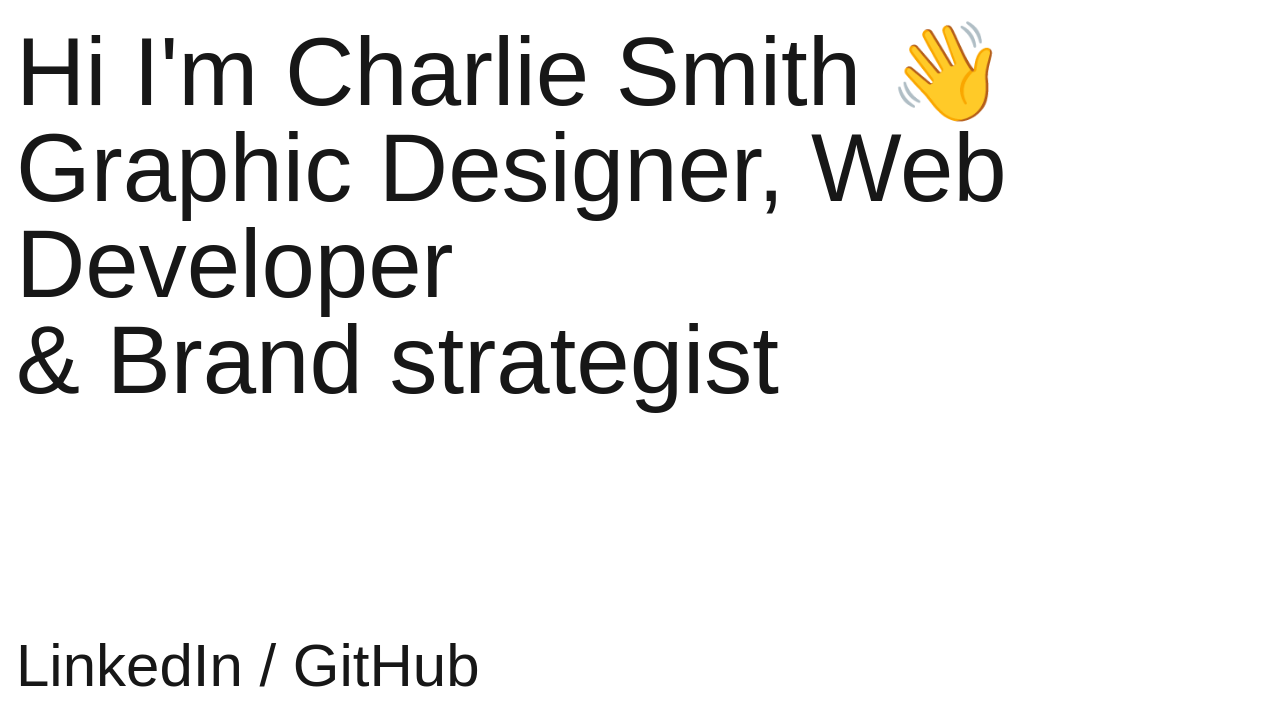
Repository: charlehs/portfolio
Page: /
An editor plug-in stored every save of this project. The page is shown before and after the next save, followed by the edit.
The browser window is 1280 px wide. The pictures show the whole page.
The project was rebuilt for these pictures with package versions that can differ from the ones it lists, and the page was loaded fresh each time. The framework's server and built-in components were replaced by stand-ins that run in the browser. Also part of the build but not shown: next.config.ts.

Above is the page before, as saved 2025-01-02 16:54:56.

After the next save:
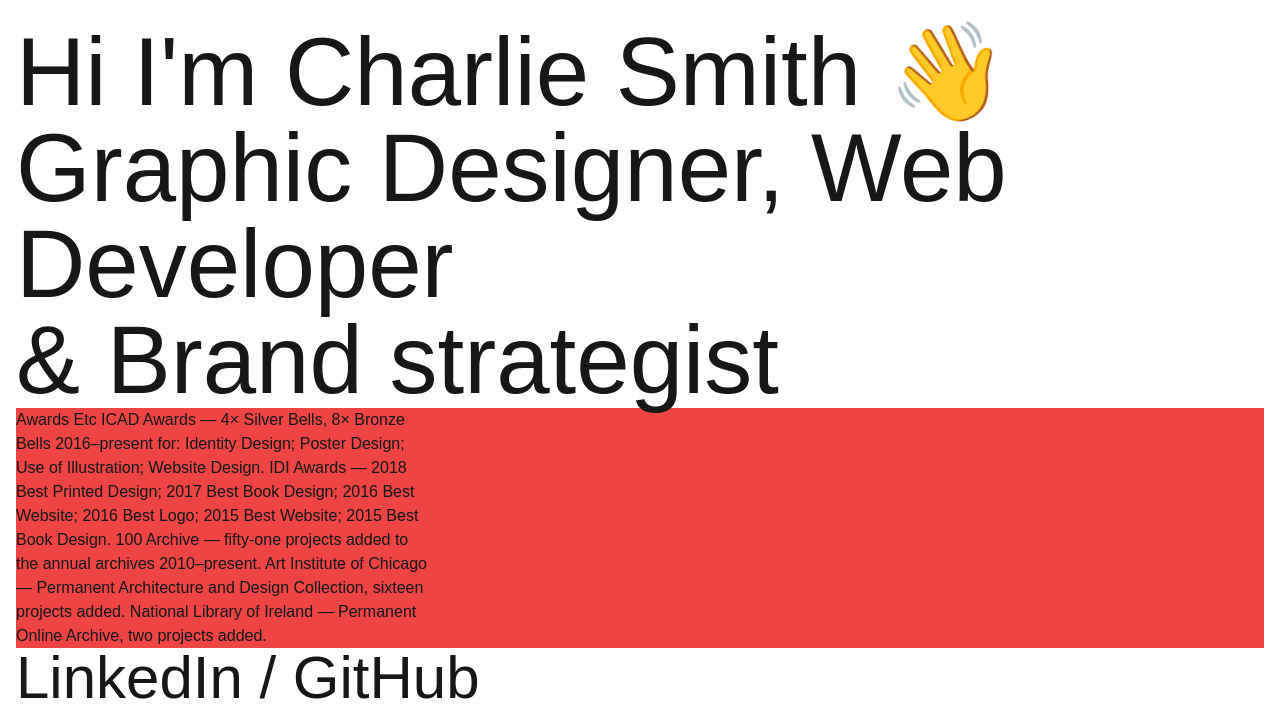
Saved 17 s later.
--- a/app/page.tsx
+++ b/app/page.tsx
@@ -13,7 +13,17 @@ export default function Home() {
           </span>
         </p>
         <div className="grid grid-cols-3 bg-red-500">
-          <p></p>
+          <p>
+            Awards Etc ICAD Awards — 4× Silver Bells, 8× Bronze Bells
+            2016–present for: Identity Design; Poster Design; Use of
+            Illustration; Website Design. IDI Awards — 2018 Best Printed Design;
+            2017 Best Book Design; 2016 Best Website; 2016 Best Logo; 2015 Best
+            Website; 2015 Best Book Design. 100 Archive — fifty-one projects
+            added to the annual archives 2010–present. Art Institute of Chicago
+            — Permanent Architecture and Design Collection, sixteen projects
+            added. National Library of Ireland — Permanent Online Archive, two
+            projects added.
+          </p>
         </div>
       </main>
       <footer className=" ">
